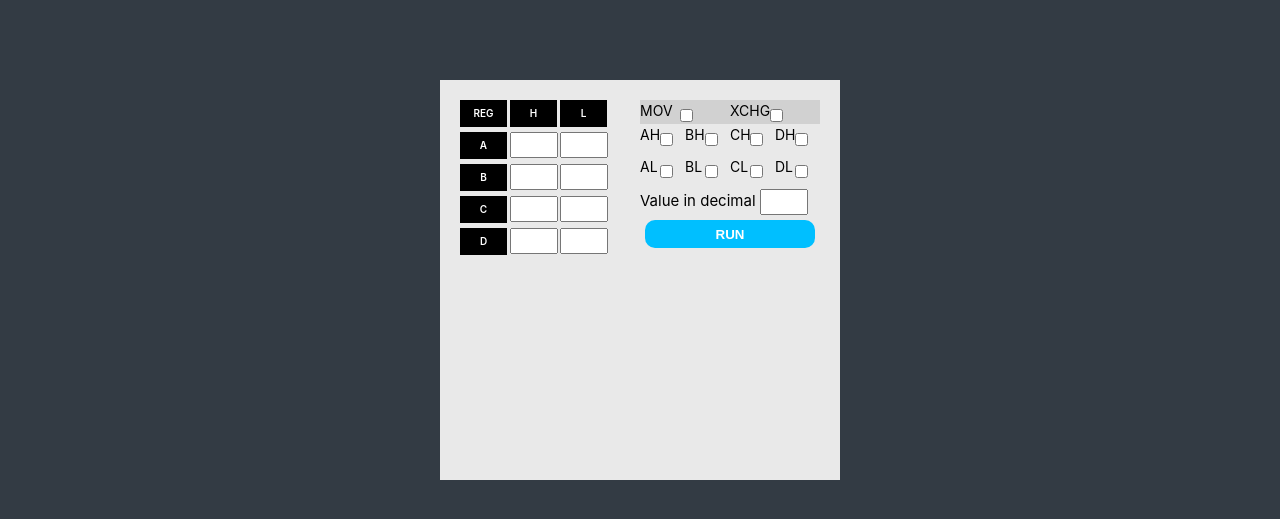
Repository: piookr-wsei/8086
Page: /
An editor plug-in stored every save of this project. The page is shown before and after the next save, followed by the edit.
The browser window is 1280 px wide. The pictures show the whole page.
The project was rebuilt for these pictures with package versions that can differ from the ones it lists, and the page was loaded fresh each time.

Above is the page before, as saved 2022-06-18 21:58:17.

### src/App.js
import React from 'react';
import { useState } from 'react';
import './App.css';
import { RegDesc, RegInput, RegWrapper, UiWindow, UiWrapper, SettingsWrapper, Labels, CheckWrapper, OpBox, LineWrap, NumDesc, RegChWrapper, Run } from './Components/Components.elements';


function App() {

  const xchg="xchg";
  const mov="mov"

  const [movChecked, setMovChecked] = useState(false);

  const [xchgChecked, setXchgChecked] = useState(false);

  const [opChosen,setOpChosen] = useState(null)

  function HandleCheck(name){
    if(name=="mov"){
      setMovChecked(!movChecked)
      setXchgChecked(false)
    }
    else if(name=="xchg"){
      setXchgChecked(!xchgChecked)
      setMovChecked(false)

    }
    setOpChosen(name)
  }

function OpChange(){
  return(
    <>
    <Labels  style={{background: "rgba(0,0,0,0.1)"}}>
      <CheckWrapper>
        MOV
        <OpBox type="checkbox"  checked={movChecked} onClick={() => HandleCheck(mov)} id="MOV"/>
      </CheckWrapper>
      <CheckWrapper style={{position:"relative", left:"10px"}}>
        XCHG
        <OpBox type="checkbox" checked={xchgChecked} onChange={() => HandleCheck(xchg)} id="XCHG" name="XCHG"/>
      </CheckWrapper>
    </Labels>
    </>
    )
  }







  return (
    <div className="App">
      <UiWindow>
        <UiWrapper>
          <RegWrapper>
            <RegDesc textContent={"REG"}/>  <RegDesc textContent={"H"}/>  <RegDesc textContent={"L"}/>

            <RegDesc textContent={"A"}/>  <RegInput maxLength={2}/> <RegInput maxLength={2}/>
            <RegDesc textContent={"B"}/>  <RegInput maxLength={2}/> <RegInput maxLength={2}/>
            <RegDesc textContent={"C"} />  <RegInput maxLength={2}/> <RegInput maxLength={2}/>
            <RegDesc textContent={"D"}/>  <RegInput maxLength={2}/> <RegInput maxLength={2}/>
          </RegWrapper>

          <SettingsWrapper>

              <OpChange/>

              <RegChWrapper>
                <CheckWrapper>
                  AH<OpBox type="checkbox"/>
                </CheckWrapper>
                <CheckWrapper>
                  BH<OpBox type="checkbox"/>
                </CheckWrapper>
                <CheckWrapper>
                  CH<OpBox type="checkbox"/>
                </CheckWrapper>
                <CheckWrapper>
                  DH<OpBox type="checkbox"/>
                </CheckWrapper>
                <CheckWrapper>
                  AL<OpBox type="checkbox"/>
                </CheckWrapper>
                <CheckWrapper>
                  BL<OpBox type="checkbox"/>
                </CheckWrapper>
                <CheckWrapper>
                  CL<OpBox type="checkbox"/>
                </CheckWrapper>
                <CheckWrapper>
                  DL<OpBox type="checkbox"/>
                </CheckWrapper>
              </RegChWrapper>

              <LineWrap>
              <NumDesc textContent={"Value in decimal"}/>  <RegInput maxLength={3} style={{width:"40px"}}/>
              </LineWrap>
              <Run>RUN</Run>
          </SettingsWrapper>



        </UiWrapper>
      </UiWindow>

    </div>
  );
}

export default App;

### src/App.css
body{
  height: 100%;
  background: rgba(1, 10, 22, 0.8);
}
.App {

}

.App-logo {
  height: 40vmin;
  pointer-events: none;
}

@media (prefers-reduced-motion: no-preference) {
  .App-logo {
    animation: App-logo-spin infinite 20s linear;
  }
}

.App-header {
  background-color: #282c34;
  min-height: 100vh;
  display: flex;
  flex-direction: column;
  align-items: center;
  justify-content: center;
  font-size: calc(10px + 2vmin);
  color: white;
}

.App-link {
  color: #61dafb;
}

@keyframes App-logo-spin {
  from {
    transform: rotate(0deg);
  }
  to {
    transform: rotate(360deg);
  }
}

### src/Components/Components.elements.js
import styled from "styled-components";

export const UiWindow = styled.div`
    height: 400px;
    width: 400px;
    background: rgb(233,233,233);
    position: relative;
    margin: auto;
    top: 80px;
`

export const UiWrapper = styled.div`
    border: 20px solid transparent;
    display: grid;
    grid-template-columns: 1fr 1fr;
`

export const RegWrapper = styled.div`
    width: 180px;
    //background: rgba(0,0,0,0.1);
    position: relative;
    left: 0;
    display: grid;
    grid-template-columns: 50px 50px 50px;
`

export const RegInput = styled.input`
    height: 20px;
    width: 40px;
    margin-bottom:5px;
    text-align: center;
`

export const SettingsWrapper = styled.div`
    width: 180px;
    //background: rgba(0,0,0,0.1);
    position: relative;
    right: 0;
    display: grid;
    grid-template-columns: 180px;
    //border: solid 1px black;
    font-size: 14px;
    line-height: 22px;
    grid-template-rows: 24px 64px repeat(auto-fit, 32px);
    padding-left:5px black;
`

export const RegDescSC = styled.div`
    height: 27px;
    width: 47px;
    background: black;
    margin-bottom:5px;
    color: white;
    font-weight: 600;
`

export const DescText = styled.p`
    font-size: 10px;
    text-align: center;
    position: relative;
    top: -3px;
`

export function RegDesc(props){
    return(
        <RegDescSC>
            <DescText>{props.textContent}</DescText>
        </RegDescSC>
    )
}

export const Labels = styled.div`
    display: grid;
    grid-template-columns: 80px 80px;
`

export const CheckWrapper = styled.div`

    min-width: 30px;
    max-width: 65px;
    height: 25px;
    display: flex;
    justify-content: space-between;
`

export const OpBox = styled.input`
    vertical-align: "middle";
    position: relative;
    top: 3px;
    left: -9px;
`

export const LineWrap = styled.div`
    width: 180px;
    display: flex;
    align-items: center;
`

export const NumSC = styled.div`
    width: 120px;
    text-align: left !important;
`

export function NumDesc(props){
    return(
        <NumSC>
            <DescText style={{textAlign: "left", fontSize:"15px"}}>{props.textContent}</DescText>
        </NumSC>
    )
}

export const RegChWrapper = styled.div`
width: 180px;
display: grid;
grid-template-columns: 45px 45px 45px 45px ;
`

export const Run = styled.button`
width: 170px;
border-radius: 10px;
border:transparent 4px;
background-color: #00bfff;
margin: 0px auto 4px auto;
font-weight: 700;
color: white;
cursor: pointer;
`

Loaded but not shown: public/index.html (common file); src/index.js (common file); src/index.css (common file); src/reportWebVitals.js (common file)

After the next save:
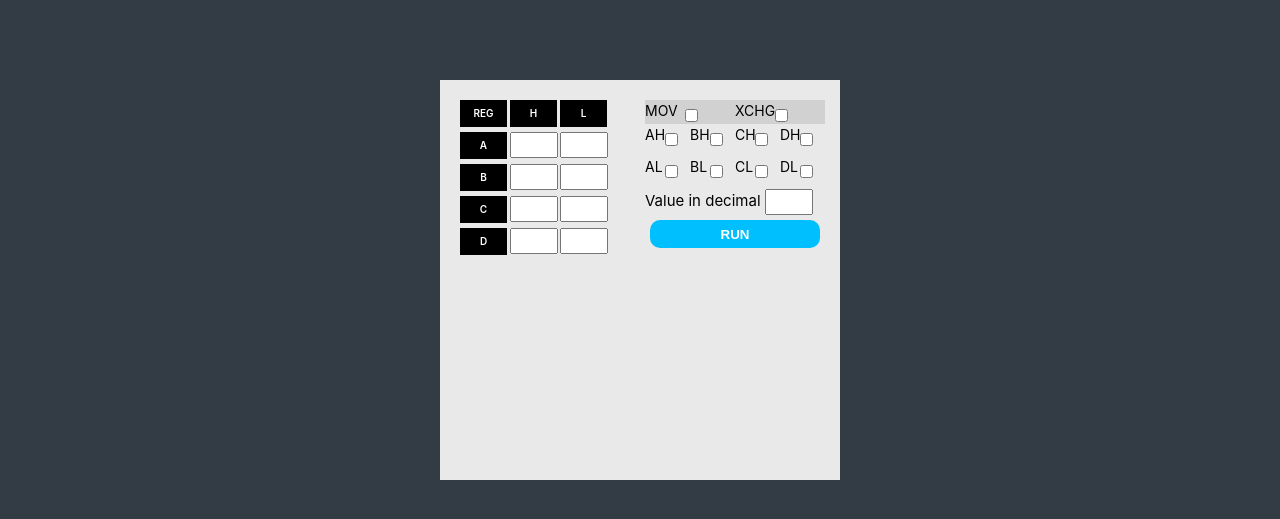
Saved 4 s later.
--- a/src/Components/Components.elements.js
+++ b/src/Components/Components.elements.js
@@ -42,7 +42,7 @@ export const SettingsWrapper = styled.div`
     font-size: 14px;
     line-height: 22px;
     grid-template-rows: 24px 64px repeat(auto-fit, 32px);
-    padding-left:5px black;
+    padding-left:5px;
 `
 
 export const RegDescSC = styled.div`

After the save that followed:
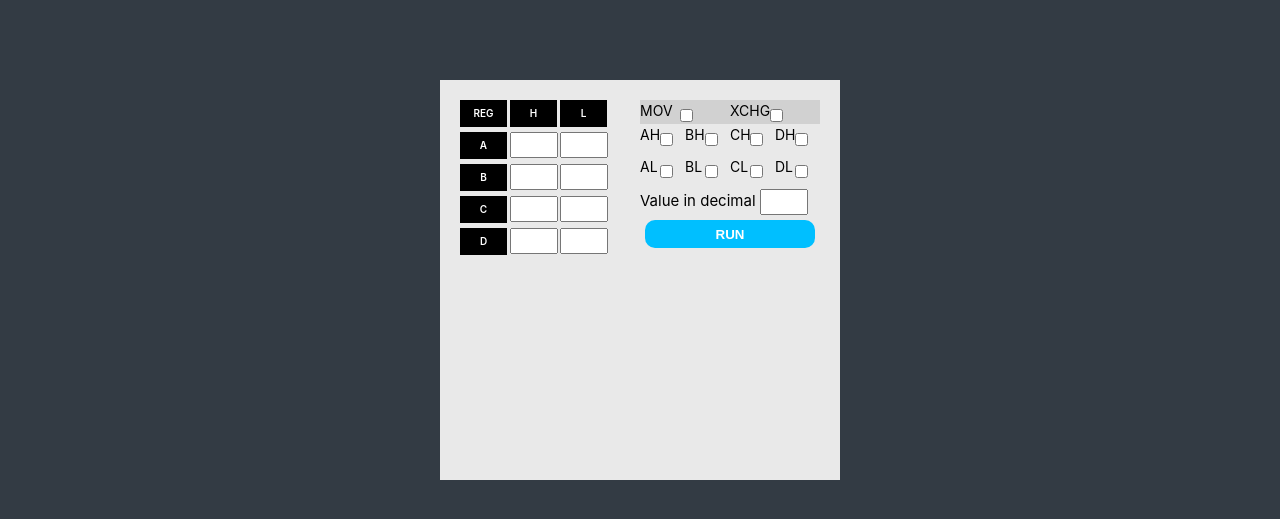
Saved 42 s later.
--- a/src/Components/Components.elements.js
+++ b/src/Components/Components.elements.js
@@ -42,7 +42,7 @@ export const SettingsWrapper = styled.div`
     font-size: 14px;
     line-height: 22px;
     grid-template-rows: 24px 64px repeat(auto-fit, 32px);
-    padding-left:5px;
+    border-left: 10px;
 `
 
 export const RegDescSC = styled.div`
